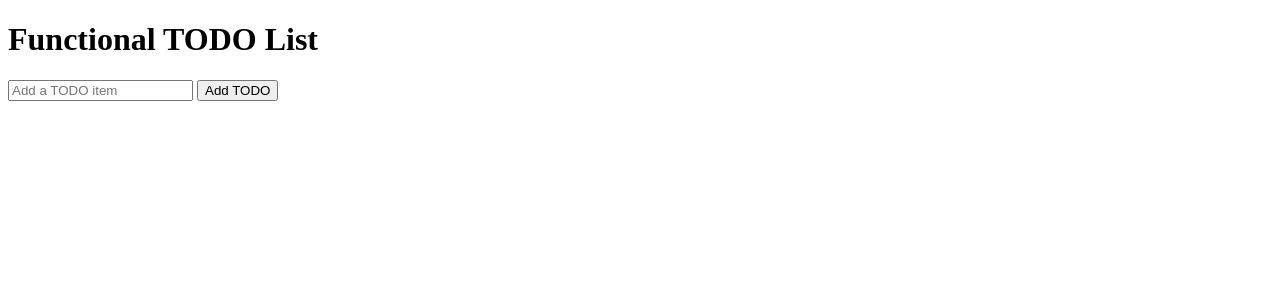
Repository: KingBoyMaylow/Assignment
Page: index.html
An editor plug-in stored every save of this project. The page is shown before and after a run of saves, followed by the edit.
The browser window is 1280 px wide. The pictures show the whole page.

Above is the page before, as saved 2024-04-30 13:07:48.

After the next 2 saves:
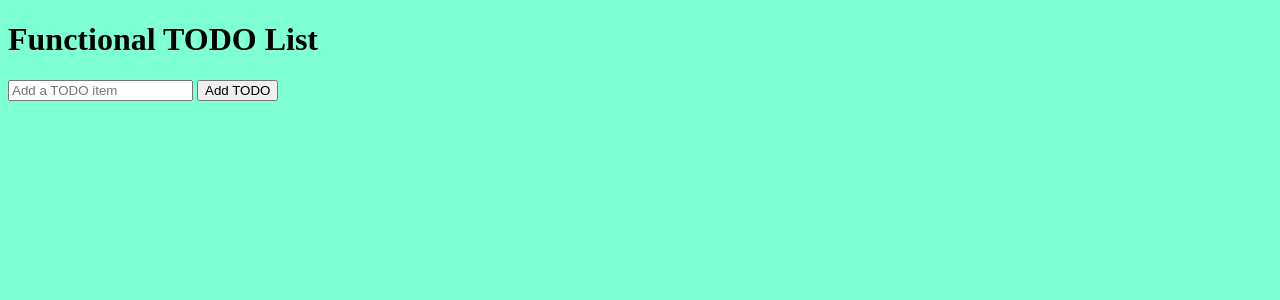
The 2 saves are shown as one change because they came seconds apart.
The last was saved 3 h 11 min later.
--- a/html.css
+++ b/html.css
@@ -1 +1 @@
-div {background-color: aquamarine;}
+body {background-color: aquamarine;}
